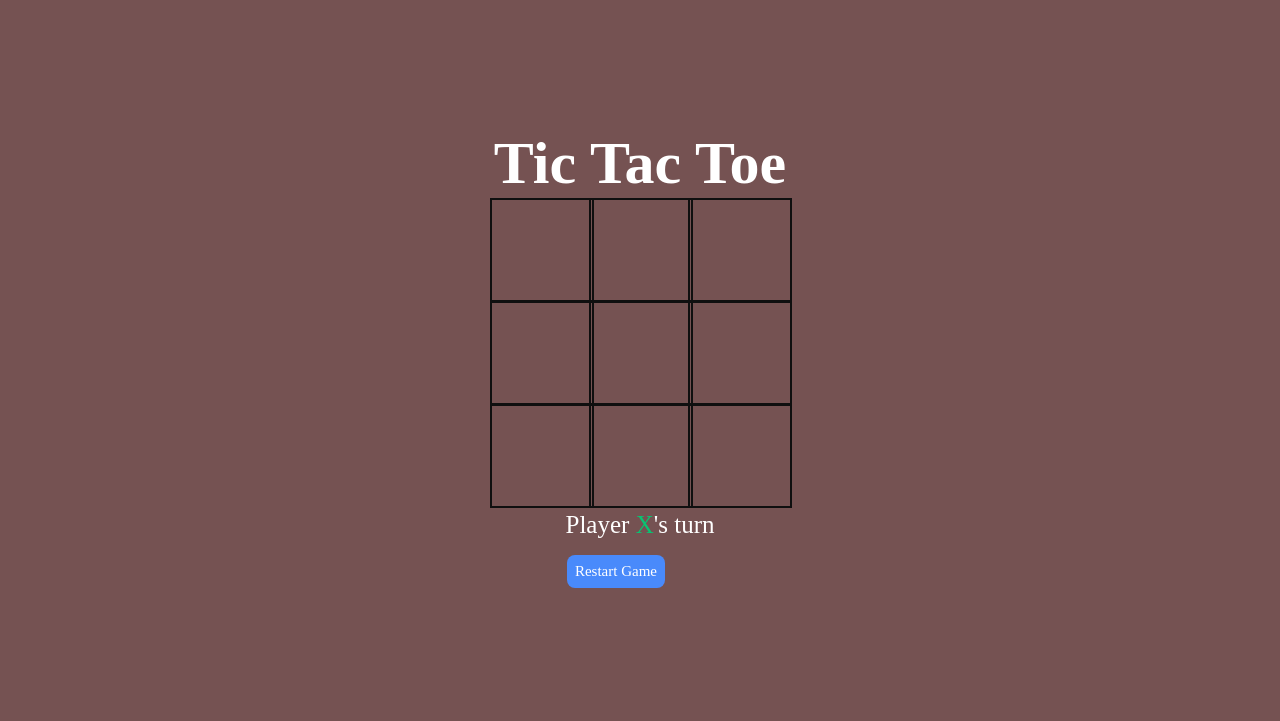
Repository: sedashahnazaryan/tic-tac-too
Page: index.html
The author's editor kept a copy of each file at every save. The page is drawn from the files as they stood at one save, then again after a run of saves.
The browser window is 1280 px wide. The pictures show the whole page.

Above is the page before, as saved 2022-02-01 00:04:20.

After the next 2 saves:
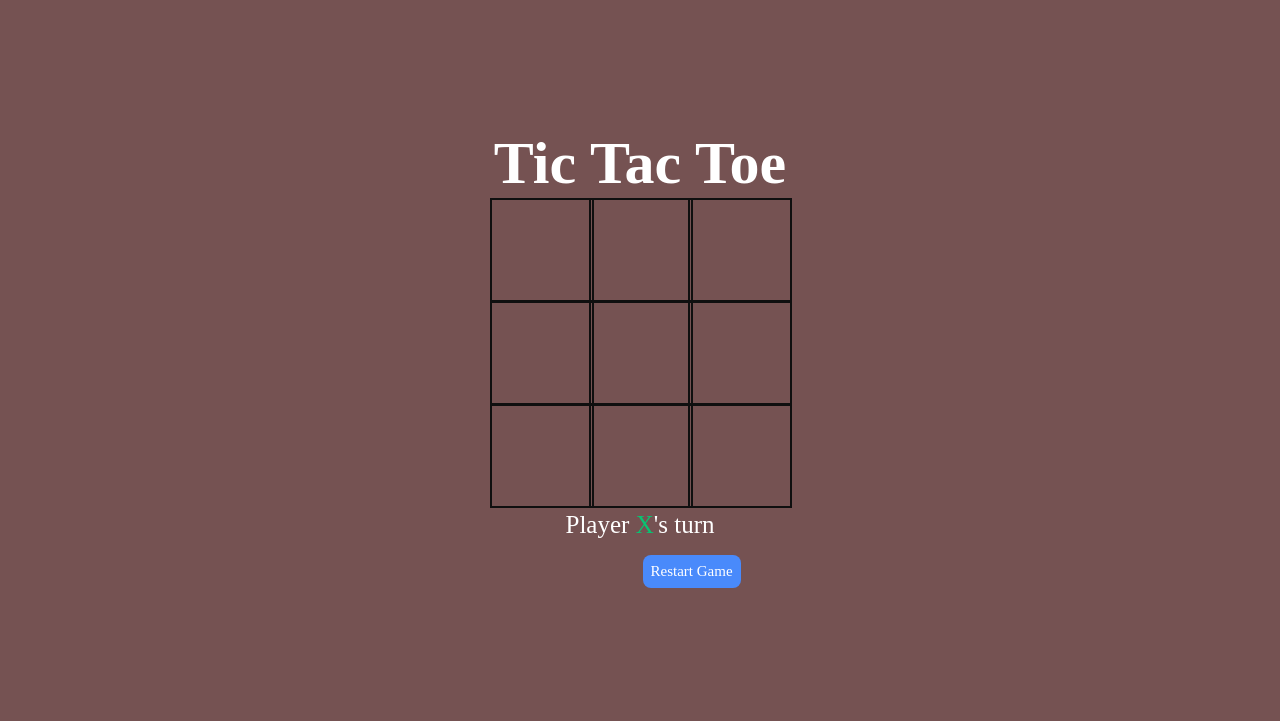
The 2 saves are shown as one change because they came seconds apart.
The last was saved 15 s later.
--- a/index.css
+++ b/index.css
@@ -63,7 +63,7 @@
     border-radius: 8px;
     border: none;
     font-size: 15px;
-    margin-left: 15cm;
+    margin-left: 17cm;
     cursor: pointer;
 
 }
